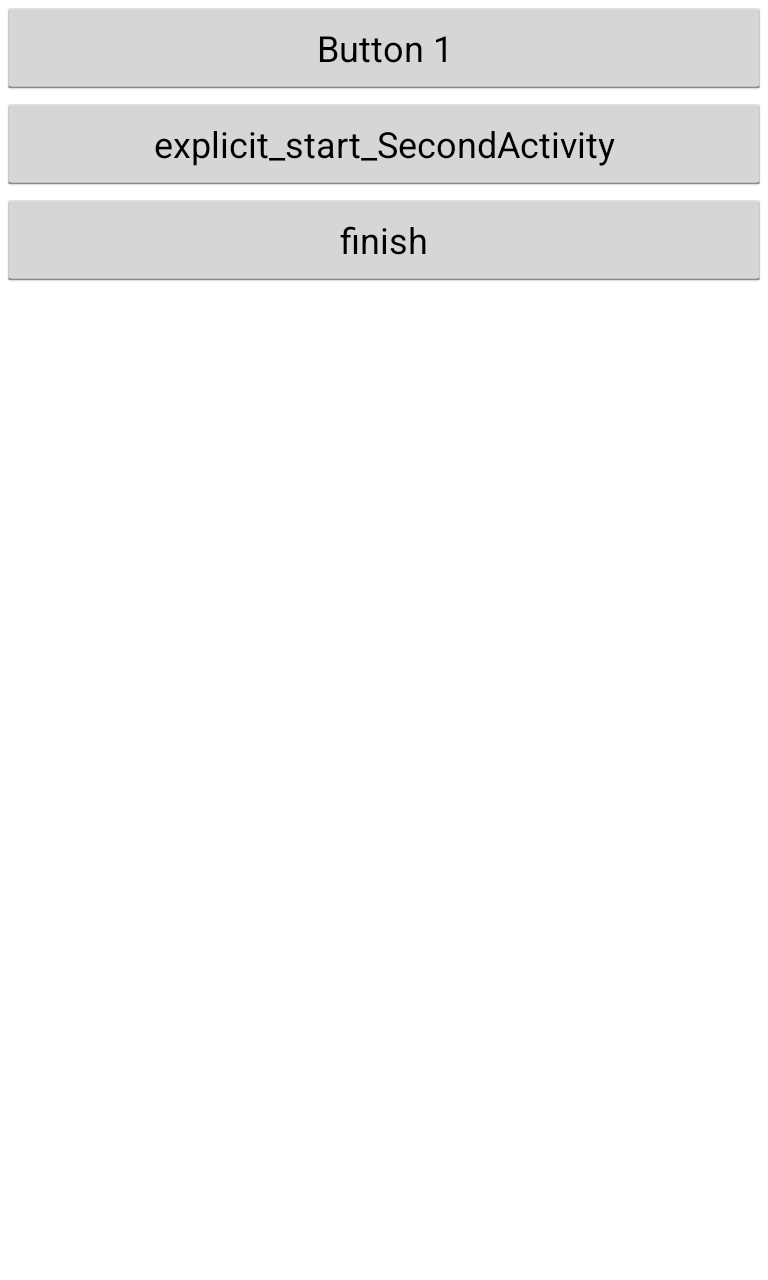
Repository: hohoTT/Android_summarize
Layout: ActivityTest/res/layout/first_layout.xml
The author's editor kept a copy of each file at every save. The layout is drawn from the files as they stood at one save, then again after the next save.
It is drawn on a 768 x 1280 px phone screen (xhdpi) without system bars, with theme AppTheme; the app's code is not run.

Above is the layout before, as saved 2016-02-22 04:16:40.

### ActivityTest/res/layout/first_layout.xml
<?xml version="1.0" encoding="utf-8"?>
<LinearLayout xmlns:android="http://schemas.android.com/apk/res/android"
    android:layout_width="match_parent"
    android:layout_height="match_parent"
    android:orientation="vertical" >

    <Button
        android:id="@+id/button_1"
        android:layout_width="match_parent"
        android:layout_height="wrap_content"
        android:text="Button 1" />

    <Button
        android:id="@+id/button_explicit"
        android:layout_width="match_parent"
        android:layout_height="wrap_content"
        android:text="explicit_start_SecondActivity" />

    <Button
        android:id="@+id/button_finish"
        android:layout_width="match_parent"
        android:layout_height="wrap_content"
        android:text="finish" />

</LinearLayout>

Loaded but not shown: ActivityTest/res/values/styles.xml (common file); ActivityTest/res/values-v11/styles.xml (common file); ActivityTest/res/values-v14/styles.xml (common file)

After the next save:
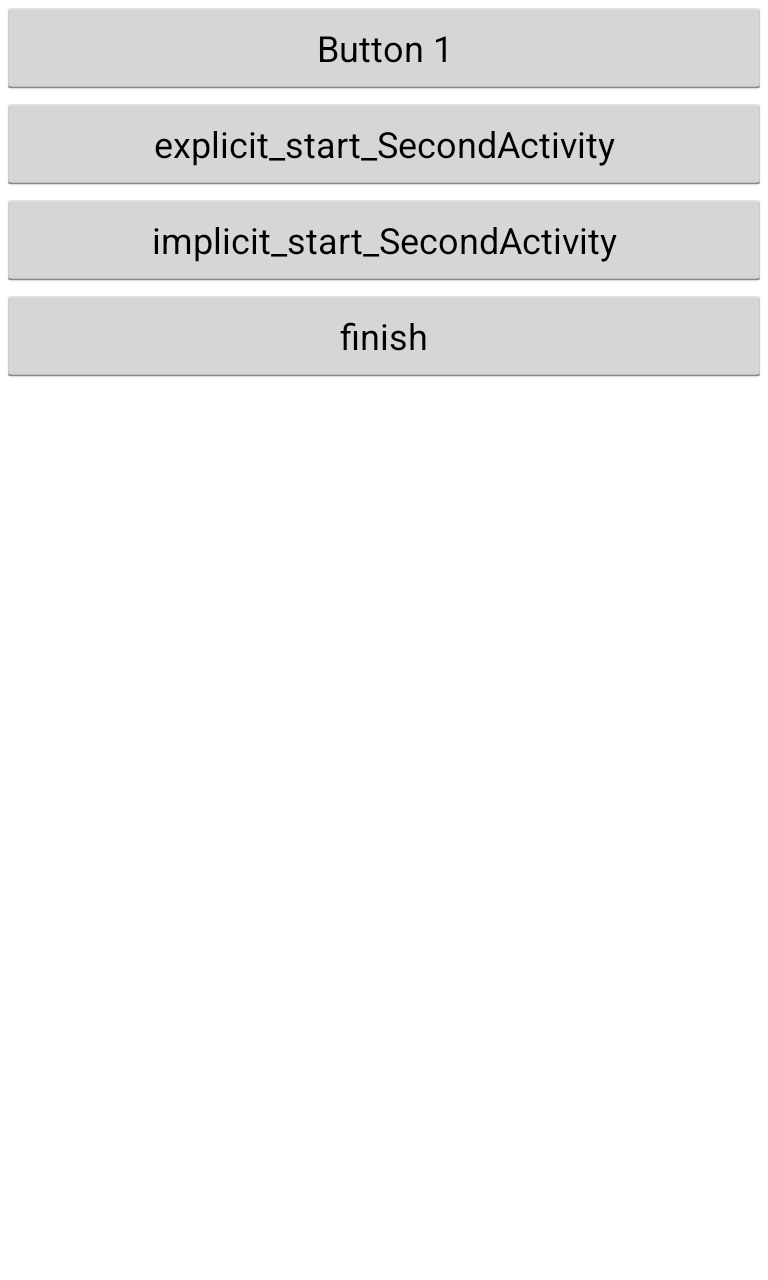
Saved 29 s later.
--- a/ActivityTest/res/layout/first_layout.xml
+++ b/ActivityTest/res/layout/first_layout.xml
@@ -17,6 +17,12 @@
         android:text="explicit_start_SecondActivity" />
 
     <Button
+        android:id="@+id/button_implicit"
+        android:layout_width="match_parent"
+        android:layout_height="wrap_content"
+        android:text="implicit_start_SecondActivity" />
+
+    <Button
         android:id="@+id/button_finish"
         android:layout_width="match_parent"
         android:layout_height="wrap_content"
